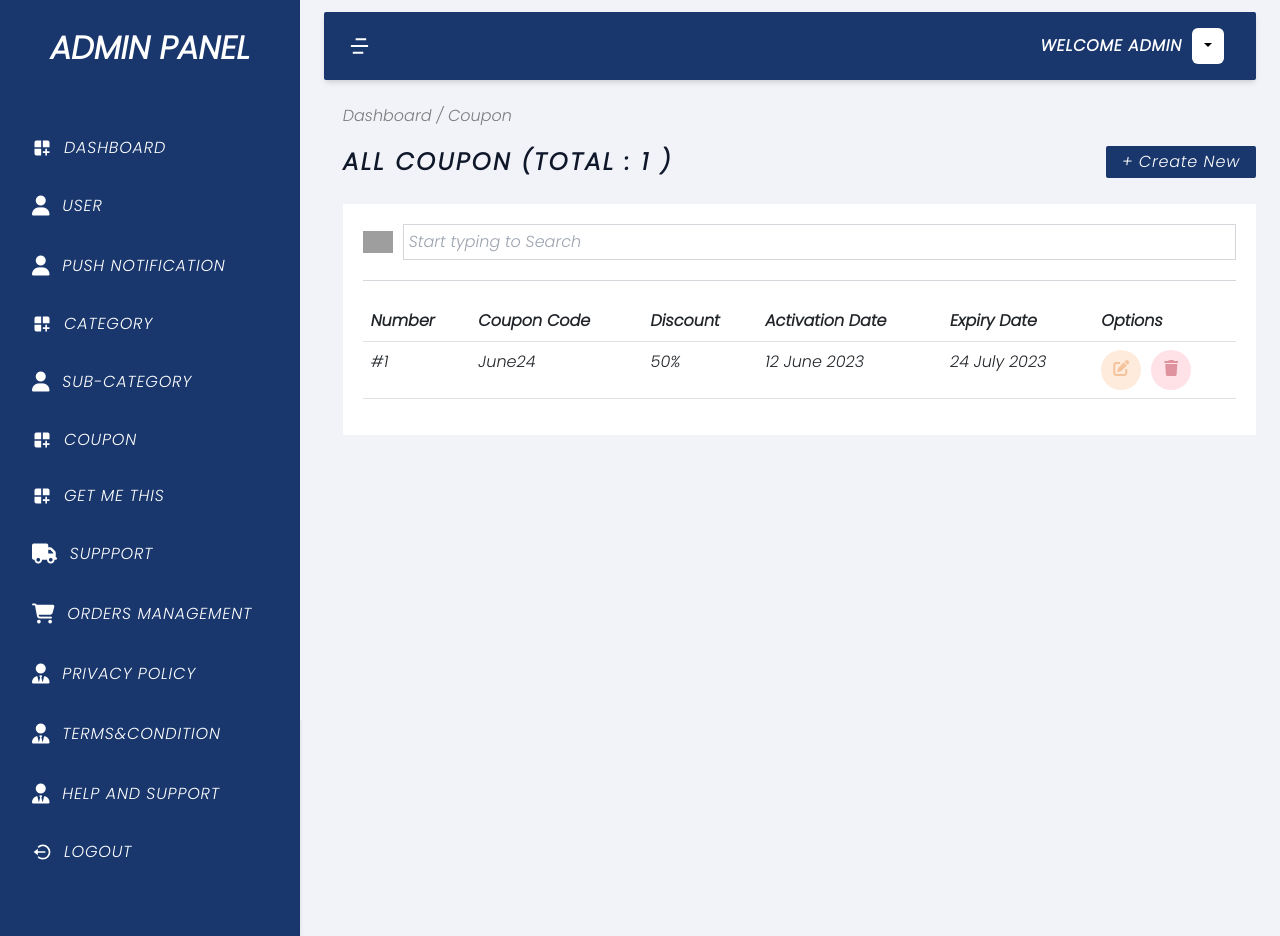
Repository: arpanmalik/project-khanna
Page: /coupon
The author's editor kept a copy of each file at every save. The page is drawn from the files as they stood at one save, then again after a run of saves.
The browser window is 1280 px wide. The pictures show the whole page.
Pictures or frames that could not be fetched are drawn as grey boxes. Some web libraries are served in a nearby version. The project was rebuilt for these pictures with package versions that can differ from the ones it lists, and the page was loaded fresh each time. Also part of the build but not shown: src/E-CommerceAdmin/forms/Login.jsx, src/E-CommerceAdmin/pages/Dashboard.jsx, src/E-CommerceAdmin/pages/ECategory.js, src/E-CommerceAdmin/pages/EProduct.js, src/E-CommerceAdmin/pages/EVendorList.js, src/E-CommerceAdmin/pages/EAdminOrders.js, src/E-CommerceAdmin/pages/EAdminProduct.js, src/E-CommerceAdmin/pages/EAdminDelivery.js and 11 more. Imported but missing from the stored project, and not drawn on this page: src/E-CommerceAdmin/pages/Component/SpinnerComp, src/E-CommerceVendor/forms/EVendorLogin, src/E-CommerceVendor/pages/EVCategory, src/E-CommerceVendor/pages/EVCoupon, src/E-CommerceVendor/pages/EVDashboard, src/E-CommerceVendor/pages/EVOrders, src/E-CommerceVendor/pages/EVProduct, src/E-CommerceVendor/pages/EVSubCategory.

Above is the page before, as saved 2023-05-16 16:04:20.

### public/index.html
<!-- @format -->

<!DOCTYPE html>
<html lang="en">
  <head>
    <meta charset="utf-8" />
    <meta name="viewport" content="width=device-width, initial-scale=1" />
    <meta name="theme-color" content="#000000" />
    <meta
      name="description"
      content="Web site created using create-react-app"
    />
    <link rel="manifest" href="%PUBLIC_URL%/manifest.json" />
    <link rel="preconnect" href="https://fonts.googleapis.com">
<link rel="preconnect" href="https://fonts.gstatic.com" crossorigin>
<link href="https://fonts.googleapis.com/css2?family=Roboto+Mono:ital,wght@1,300&display=swap" rel="stylesheet">
    <title>Admin Panel</title>
  </head>
  <body>
    <noscript>You need to enable JavaScript to run this app.</noscript>
    <div id="root"></div>
    <script src="https://code.jquery.com/jquery-3.6.0.min.js"></script>
    <script src="https://kit.fontawesome.com/b533b351e4.js" crossorigin="anonymous"></script>
  </body>
</html>

### src/index.js
import React from "react";
import ReactDOM from "react-dom/client";
import "./index.css";
import App from "./App";
import { BrowserRouter } from "react-router-dom";
import 'bootstrap/dist/css/bootstrap.min.css'

const root = ReactDOM.createRoot(document.getElementById("root"));
root.render(
  <React.StrictMode>
    <BrowserRouter>
      <App />
    </BrowserRouter>
  </React.StrictMode>
);

### src/index.css
/** @format */

@tailwind base;
@tailwind components;
@tailwind utilities;

@import url("https://fonts.googleapis.com/css2?family=Roboto+Mono:ital,wght@1,300&display=swap");
@font-face {
  font-family: Roboto;
  src: url("./Fonts/Poppins-LightItalic.ttf");
}

body {
  margin: 0;
  font-family: Roboto !important;
  -webkit-font-smoothing: antialiased;
  -moz-osx-font-smoothing: grayscale;
}

code {
  font-family: Roboto !important;
}

html {
  font-family: Roboto !important;
}

::-webkit-scrollbar {
  width: 10px;
}
.fa-trash {
  color: red;
  cursor: pointer;
}

.iCOn {
  transition: 0.5s;
  box-shadow: none;
  transform: scale(1);
}
.cardDiv {
  cursor: pointer;
}

.cardDiv:hover .iCOn {
  box-shadow: rgba(0, 0, 0, 0.35) 0px 5px 15px;
  transform: scale(1.3);
}

/* Track */
::-webkit-scrollbar-track {
  background: #f1f1f1;
}

/* Handle */
::-webkit-scrollbar-thumb {
  background: #888;
}

/* Handle on hover */
::-webkit-scrollbar-thumb:hover {
  background: #555;
}
.profileImage {
  width: 100px;
}
.fa-eye {
  color: #029aff;
  cursor: pointer;
}
.fa-edit {
  cursor: pointer;
  color: blue;
}

.View {
  border: 1px solid black;
  width: 100%;
  padding: 10px;
}

.main-card--container {
  display: grid;
  grid-template-columns: repeat(3, minmax(300px, 500px));
  grid-gap: 50px;
  justify-content: space-around;
}
.card-container {
  margin: 25px 0 auto;
  box-shadow: rgba(0, 0, 0, 0.35) 0px 5px 15px;
  position: relative;
  display: grid;
  grid-template-columns: 1fr;
  justify-content: space-around;
  align-items: flex-start;
}

.myEdit:focus {
  box-shadow: rgba(0, 0, 0, 0.35) 0px 5px 15px;
}

.AstroLogin {
  color: #fff;
  background-color: #2b7a8e;
  padding: 10px;
  width: 380px;
  text-align: center;
  font-size: 20px;
  background: linear-gradient(to left, #2b7a8e 50%, #fff 50%) right;
  background-size: 200%;
  transition: 0.5s ease-out;
  border: 1px solid #2b7a8e;
  margin-top: 10px;
  text-transform: uppercase;
}
.AstroLogin:hover {
  background-position: left;
  color: #2b7a8e;
}

.EcommerceAdminLogin {
  color: #fff;
  background-color: #19376d;
  padding: 10px;
  width: 380px;
  text-align: center;
  font-size: 20px;
  background: linear-gradient(to left, #19376d 50%, #fff 50%) right;
  background-size: 200%;
  transition: 0.5s ease-out;
  border: 1px solid #19376d;
  margin-top: 10px;
  text-transform: uppercase;
}

.EcommerceAdminLogin:hover {
  background-position: left;
  color: #19376d;
}
.EcommerceVendorLogin {
  color: #fff;
  background-color: #576cbc;
  padding: 10px;
  width: 380px;
  text-align: center;
  font-size: 20px;
  background: linear-gradient(to left, #576cbc 50%, #fff 50%) right;
  background-size: 200%;
  transition: 0.5s ease-out;
  border: 1px solid #576cbc;
  margin-top: 10px;
  text-transform: uppercase;
}

.EcommerceVendorLogin:hover {
  background-position: left;
  color: #576cbc;
}

.view {
  background-color: #2196f3;
  color: #fff;
  width: 50%;
  padding: 5px;
}

.two-sec {
  display: flex;
  justify-content: space-evenly;
  justify-content: space-evenly;
}
.two-sec .left {
  width: 60%;
  background-color: #f6f1ef;
  padding: 20px;
}
.two-sec .left .head {
  font-size: 25px;
  font-weight: bold;
}

.two-sec .right {
  width: 30%;
  background-color: #f6f1ef;
}

.searchDiv {
  width: 100%;
  display: flex;
  gap: 10px;
  border: 1px solid rgb(179, 179, 179);
  padding: 10px;
  margin-bottom: 20px;
  align-items: center;
}
.searchDiv input {
  width: 94%;
  outline: none;
  border: none;
}

.flexCont {
  display: flex;
  align-items: center;
  gap: 10px;
}
.flexCont img {
  width: 60px;
  background-color: #e9ecef;
}

.blockContent {
  display: block;
}
.blockContent p {
  margin: 0;
}

.checkBox {
  width: 50px;
  height: 25px;
  background-color: #e9ecef;
  border-radius: 50px;
  position: relative;
  cursor: pointer;
}
.checkBox span {
  width: 20px;
  height: 20px;
  border-radius: 100%;
  background-color: #fff;
  position: absolute;
  left: 5px;
  top: 2px;
}
.ActivecheckBox {
  width: 50px;
  height: 25px;
  background-color: #0d6efd;
  border-radius: 50px;
  position: relative;
  cursor: pointer;
}
.ActivecheckBox span {
  width: 20px;
  height: 20px;
  border-radius: 100%;
  background-color: #fff;
  position: absolute;
  right: 5px;
  top: 2px;
}

.fa-eye {
  color: #0cba73;
  background-color: #d6f8e8;
  width: 40px;
  text-align: center;
  height: 40px;
  display: flex;
  border-radius: 100%;
  justify-content: center;
  padding-top: 10px;
  transition: 0.5s;
}

.fa-pen-to-square {
  color: #f4c39c;
  background-color: #ffebdb;
  width: 40px;
  text-align: center;
  height: 40px;
  display: flex;
  border-radius: 100%;
  justify-content: center;
  padding-top: 10px;
  cursor: pointer;
  transition: 0.5s;
}
.fa-trash {
  color: #df939f;
  background-color: #ffe1e8;
  width: 40px;
  text-align: center;
  height: 40px;
  display: flex;
  border-radius: 100%;
  justify-content: center;
  padding-top: 10px;
  cursor: pointer;
  transition: 0.5s;
}
.fa-trash:hover {
  transform: scale(1.2);
}
.fa-eye:hover {
  transform: scale(1.2);
}
.fa-pen-to-square:hover {
  transform: scale(1.2);
}
.required {
  color: #e74260;
}

.headP {
  margin-left: 2%;
  color: #7b7c7d;
}
.filterBox {
  display: flex;
  align-items: center;
  gap: 10px;
  border-bottom: 1px solid #d4d7dc;
  padding-bottom: 20px;
  margin-bottom: 20px;
}
.filterBox img {
  width: 30px;
}
.filterBox input {
  width: 100%;
  border: 1px solid #d4d7dc;
  outline: none;
  padding: 5px;
  color: black;
}
.sectionCont {
  width: 98%;
  background-color: #fff;
  margin-left: 2%;
  padding: 20px;
}

.overFlowCont {
  width: 100%;
  overflow-x: auto;
}

.logo {
  width: 300px;
  margin-bottom: 20px;
}

.updateProfile {
  margin-left: 20px;
  border: 1px solid #fff;
  border-radius: 100%;
  font-size: 1.2rem;
  padding: 10px;
  transition: 0.5s;
  cursor: pointer;
}
.updateProfile:hover {
  border: 1px solid #19376d;
  color: #19376d;
  background-color: #fff;
}

.Normalbtn {
  background-color: #19376d !important;
  border: 1px solid #19376d !important;
  border-radius: 0px !important;
}

.ImageCarousel {
  width: 150px !important;
  margin: 0px !important;
  height: 150px !important;
}
.CarouselImages {
  width: 150px !important;
  height: 150px !important;
}
.CarouselImages img {
  width: 100% !important;
  height: 100% !important;
}

.ModalCarousel {
  width: 100% !important;
  height: 500px !important;
}
.ModalCarousel {
  width: 100% !important;
  height: 500px !important;
}
.ModalCarousel img {
  width: 100% !important;
  height: 500px !important;
}

.gridCont {
  display: grid;
  grid-template-columns: auto auto auto;
  justify-content: space-evenly;
}
.gridCont div {
  width: 400px;
  height: 300px;
  box-shadow: rgba(0, 0, 0, 0.35) 0px 5px 15px;
  padding: 10px;
  position: relative;
  margin-top: 20px;
}
.gridCont div img {
  width: 100%;
}
.delete-Btn {
  width: 90%;
  margin-left: 2%;
  color: #c44b3f;
  border: 1px solid #c44b3f;
  position: absolute;
  bottom: 10px;
  transition: 0.5s;
  padding: 10px;
}

.delete-Btn:hover {
  background-color: #c44b3f;
  color: #fff;
}

.BannerCarousel {
  width: 300px;
  margin: 0px !important;
}
.BannerCarouselImage {
  width: 300px;
}
.BannerCarouselImage img {
  width: 100%;
}

.pagination {
  display: flex;
  justify-content: center;
  align-items: center;
  gap: 10px;
  margin-bottom: 20px;
}
.pagination button {
  border: 1px solid black;
  padding: 10px;
}

.activePage {
  background-color: #19376d;
  color: #fff;
  border: 1px solid #19376d !important;
}

.active {
  background-color: #fff;
  color: #19376d !important;
}
.prevBtn {
  background-color: #fff;
  color: #19376d;
  border: 1px solid #19376d !important;
  transition: 0.5s;
}

.prevBtn:hover,
.prevBtn:focus,
.prevBtn:active {
  background-color: #19376d;
  color: #fff;
  border: 1px solid #19376d !important;
}
.nextBtn {
  background-color: #fff;
  color: #19376d;
  border: 1px solid #19376d !important;
  transition: 0.5s;
}

.nextBtn:hover,
.nextBtn:focus,
.nextBtn:active {
  background-color: #19376d;
  color: #fff;
  border: 1px solid #19376d !important;
}

.dangerBox {
  position: relative;
}
.dangerBox i {
  position: absolute;
  top: 50%;
  left: 90%;
  transform: translate(-50%, -50%);
  cursor: pointer;
}



#dropdown-basic{
  background-color: white;
  color: #000;
  border: none;
}

### src/E-CommerceAdmin/layout/HOC.jsx
/** @format */

import React, { useState } from "react";
import Navbar from "./Navbar";
import Sidebar from "./Sidebar";

const HOC = (Wcomponenet) => {
  return function Component() {
    const [hamb, setHamb] = useState(false);
    return (
      <>
        <section
          className="flex overflow-x-hidden relative "
          style={{ backgroundColor: "#f2f3f8" }}
        >
          {/* Sidebar */}
          <div
            className={
              hamb
                ? " absolute top-0 z-30 md:w-auto shadow-md bg-slate-200  w-60 transition-all md:-left-full left duration-150  h-auto overflow-y-auto  left-0 "
                : " md:w-72 z-30 bg-slate-200  shadow-md  md:static absolute top-0 -left-full   transition-all duration-150  overflow-y-auto h-auto"
            }
            style={{ minWidth: "300px" }}
          >
            <Sidebar hamb={hamb} setHamb={setHamb} />
          </div>
          {/* Components & Navbar */}
          <div
            className={
              hamb
                ? " transition-all px-4 py-2  duration-150 w-full h-screen"
                : " w-full h-screen  px-4 py-2   z-50 transition-all duration-150 "
            }
            style={{ backgroundColor: "#f2f3f8" }}
          >
            <Navbar hamb={hamb} setHamb={setHamb} />
            <div className="my-6 text-#000 h-[87%] wcomp overflow-y-auto">
              {" "}
              <Wcomponenet />
            </div>
          </div>
        </section>
      </>
    );
  };
};

export default HOC;

### src/E-CommerceAdmin/layout/Navbar.jsx
/** @format */
import { RiMenu4Line } from "react-icons/ri";
import Dropdown from "react-bootstrap/Dropdown";
import { UpdateProfile } from "../../Modals";
import { useState } from "react";
import { useNavigate } from "react-router-dom";
import { toast } from "react-toastify";

const Navbar = ({ hamb, setHamb }) => {
  const [modalShow, setModalShow] = useState(false);
  const navigate = useNavigate();

  function LogOut () {
    navigate('/')
    toast.success("Logged Out")
  }

  return (
    <>
      <UpdateProfile show={modalShow} onHide={() => setModalShow(false)} />
      <div
        className={
          hamb
            ? "flex  w-full justify-between  my-1 rounded-sm  p-4 py-3 shadow-md items-center  bg-slate-200 space-x-4"
            : "flex  w-full justify-between my-1 rounded-sm  p-4 py-3 shadow-md items-center  bg-slate-200 space-x-4"
        }
        style={{ backgroundColor: "#19376d" }}
      >
        <RiMenu4Line
          onClick={() => setHamb(!hamb)}
          className="text-2xl font-bold text-gray-900 hover:scale-90 cursor-pointer"
          style={{ color: "#fff" }}
        />

        <section className="flex sm:ml-auto justify-end sm:w-full items-center space-x-2  pr-2">
          <figcaption
            className="tracking-wider pl-1 font-semibold d-flex"
            style={{ gap: "10px", alignItems: "center" }}
          >
            <div
              className="lg:text-base text-sm text-gray-900  uppercase"
              style={{ color: "#fff" }}
            >
              Welcome Admin
            </div>
            <Dropdown>
              <Dropdown.Toggle id="dropdown-basic"></Dropdown.Toggle>

              <Dropdown.Menu>
                <Dropdown.Item onClick={() => setModalShow(true)}>
                  Update Profile <i className="fa-solid fa-user"></i>{" "}
                </Dropdown.Item>
                <Dropdown.Item onClick={() => LogOut()} >
                  Logout <i className="fa-solid fa-right-from-bracket"></i>{" "}
                </Dropdown.Item>
              </Dropdown.Menu>
            </Dropdown>
          </figcaption>
        </section>
      </div>
    </>
  );
};

export default Navbar;

### src/E-CommerceAdmin/layout/Sidebar.jsx
/** @format */

import React from "react";
import { RiCloseLine } from "react-icons/ri";
import { Link, useNavigate } from "react-router-dom";
import { BiLogOutCircle } from "react-icons/bi";
import { MdDashboardCustomize } from "react-icons/md";

const Sidebar = ({ hamb, setHamb }) => {
  const navigate = useNavigate();

  const nav = [
    {
      icon: <MdDashboardCustomize className="text-xl mr-3 rounded-full " />,
      link: "/dashboard ",
      name: "Dashboard",
    },
    {
      icon: <i className="fa-solid fa-user text-xl mr-3 rounded-full"></i>,
      link: "/Admin",
      name: "User",
    },
    {
      icon: <i className="fa-solid fa-user text-xl mr-3 rounded-full"></i>,
      link: "/pushNotification",
      name: "Push Notification",
    },  {
      icon: <MdDashboardCustomize className="text-xl mr-3 rounded-full " />,
      link: "/Category",
      name: "Category",
    },

    {
      icon: <i className="fa-solid fa-user text-xl mr-3 rounded-full"></i>,
      link: "/sub-category",
      name: "Sub-Category",
    },

    {
      icon: <MdDashboardCustomize className="text-xl mr-3 rounded-full " />,
      link: "/coupon",
      name: "Coupon",
    },
    // {
    //   icon: (
    //     <i className="fa-brands fa-product-hunt text-xl mr-3 rounded-full"></i>
    //   ),
    //   link: "/Product",
    //   name: "Products",
    // },






    {
      icon: <MdDashboardCustomize className="text-xl mr-3 rounded-full " />,
      link: "/getMeThis",
      name: "Get Me This",
    },
    {
      icon: <i className="fa-solid fa-truck  text-xl mr-3 rounded-full"></i>,
      link: "/Support",
      name: "Suppport",
    },
    {
      icon: (
        <i className="fa-solid fa-cart-shopping text-xl mr-3 rounded-full"></i>
      ),
      link: "/Orders",
      name: "Orders Management",
    },

    {
      icon: <i className="fa-solid fa-user-tie text-xl mr-3 rounded-full"></i>,
      link: "/privacy",
      name: "Privacy Policy",
    },
    {
      icon: <i className="fa-solid fa-user-tie text-xl mr-3 rounded-full"></i>,
      link: "/terms",
      name: "Terms&Condition",
    },
    // {
    //   icon: <i className="fa-solid fa-user-tie text-xl mr-3 rounded-full"></i>,
    //   link: "/helpSupport",
    //   name: "Help and Support",
    // },
    {
      icon: <i className="fa-solid fa-user-tie text-xl mr-3 rounded-full"></i>,
      link: "/complaints",
      name: "Help and Support",
    },
  ];

  const logOut = () => {
    localStorage.clear()
    navigate("/");
  };

  return (
    <>
      <aside
        className="p-4 h-auto"
        style={{ backgroundColor: "#19376d", minHeight: "100vh" }}
      >
        {/* Top */}
        <div className="w-full md:hidden relative  p-2 mb-4">
          <RiCloseLine
            onClick={() => setHamb(!hamb)}
            className="text-3xl  absolute top-2 sm:hover:rotate-[228deg] transition-transform font-bold right-2 sm:hover:text-[22px] text-[rgb(241,146,46)] cursor-pointer"
          />
        </div>{" "}
        <figure className="flex  flex-col items-center">
          <span
            className="font-bold text-[#fff]"
            style={{
              fontSize: "2rem",
              textAlign: "center",
              textTransform: "uppercase",
            }}
          >
            {" "}
            ADMIN PANEL
          </span>
        </figure>
        <nav className="py-6">
          {nav.map((nav) => {
            return (
              <Link
                to={nav.link}
                key={nav.name}
                className=""
                style={{ textDecoration: "none", textTransform: "uppercase" }}
              >
                <span
                  className="flex my-3 items-center cursor-pointer text-gray-900    tracking-wider p-2 rounded-sm"
                  style={{ color: "#FFF" }}
                >
                  {nav.icon} {nav.name}
                </span>
              </Link>
            );
          })}
          <span
            className="flex my-3 items-center cursor-pointer text-gray-900    tracking-wider p-2 rounded-sm"
            onClick={() => logOut()}
            style={{ color: "#FFF", textTransform: "uppercase" }}
          >
            <BiLogOutCircle className="text-xl mr-3 rounded-full " /> LogOut
          </span>
        </nav>
      </aside>
    </>
  );
};

export default Sidebar;

### src/Modals.js
/** @format */

import { Button, Form, Modal } from "react-bootstrap";

export function UpdateProfile(props) {
  return (
    <Modal
      {...props}
      size="lg"
      aria-labelledby="contained-modal-title-vcenter"
      centered
    >
      <Modal.Header closeButton>
        <Modal.Title id="contained-modal-title-vcenter">
          Update Profile Details
        </Modal.Title>
      </Modal.Header>
      <Modal.Body>
        <Form>
          <Form.Group className="mb-3">
            <Form.Label> User Name </Form.Label>
            <Form.Control type="text" />
          </Form.Group>
          <Form.Group className="mb-3">
            <Form.Label> Email Address </Form.Label>
            <Form.Control type="email" />
          </Form.Group>
          <Form.Group className="mb-3">
            <Form.Label> Password </Form.Label>
            <Form.Control type="password" />
          </Form.Group>
          <Form.Group className="mb-3">
            <Form.Label> Confirm Password </Form.Label>
            <Form.Control type="password" />
          </Form.Group>
          <Button variant="outline-success" >Submit</Button>
        </Form>
      </Modal.Body>
    </Modal>
  );
}

Loaded but not shown: tailwind.config.js (common file); src/E-CommerceAdmin/pages/Coupon.js (169 lines, source omitted); src/App.js (92 lines, source omitted)

After the next 3 saves:
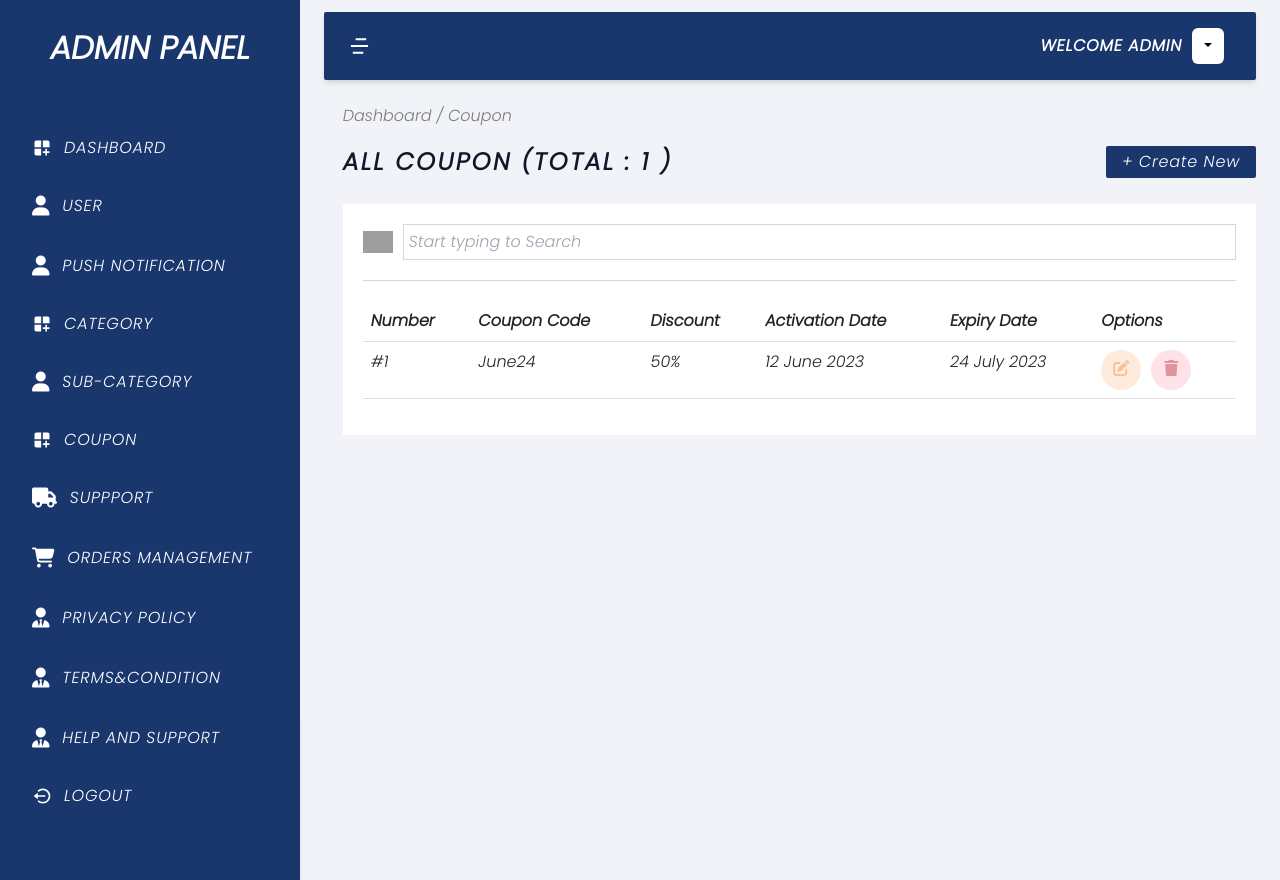
The 3 saves are shown as one change because they came seconds apart.
The last was saved 7 s later.
--- a/src/E-CommerceAdmin/layout/Sidebar.jsx
+++ b/src/E-CommerceAdmin/layout/Sidebar.jsx
@@ -54,11 +54,11 @@ const Sidebar = ({ hamb, setHamb }) => {
 
 
 
-    {
-      icon: <MdDashboardCustomize className="text-xl mr-3 rounded-full " />,
-      link: "/getMeThis",
-      name: "Get Me This",
-    },
+    // {
+    //   icon: <MdDashboardCustomize className="text-xl mr-3 rounded-full " />,
+    //   link: "/getMeThis",
+    //   name: "Get Me This",
+    // },
     {
       icon: <i className="fa-solid fa-truck  text-xl mr-3 rounded-full"></i>,
       link: "/Support",
